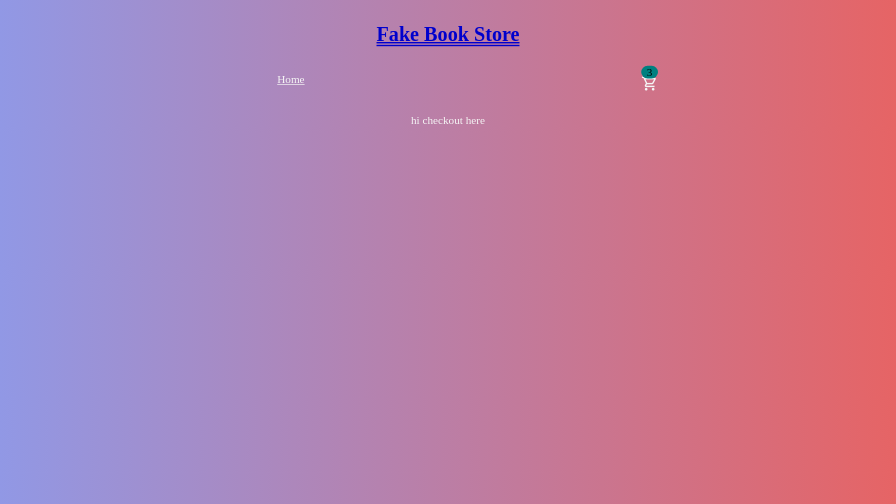
Repository: 0101chaitanya/shopping-cart
Page: /checkout
The author's editor kept a copy of each file at every save. The page is drawn from the files as they stood at one save, then again after the next save.
The browser window is 1280 px wide. The pictures show the part of the page from y = 0 to 1920 px (the page is 720 px tall before and 3511 px after), at 70% of full size.
Pictures or frames that could not be fetched are drawn as grey boxes. Some web libraries are served in a nearby version. The project was rebuilt for these pictures with package versions that can differ from the ones it lists, and the page was loaded fresh each time. Also part of the build but not shown: src/components/Book.js, src/components/Home.js.

Above is the page before, as saved 2021-08-08 15:11:45.

### public/index.html
<!DOCTYPE html>
<html lang="en">

  <head>
    <meta charset="utf-8" />
    <link rel="icon" href="%PUBLIC_URL%/favicon.ico" />
    <meta name="viewport" content="width=device-width, initial-scale=1" />
    <meta name="theme-color" content="#000000" />
    <meta name="description" content="Web site created using create-react-app" />
    <link rel="apple-touch-icon" href="%PUBLIC_URL%/logo192.png" />
    <!--
      manifest.json provides metadata used when your web app is installed on a
      user's mobile device or desktop. See https://developers.google.com/web/fundamentals/web-app-manifest/
    -->
    <link rel="manifest" href="%PUBLIC_URL%/manifest.json" />
    <!--
      Notice the use of %PUBLIC_URL% in the tags above.
      It will be replaced with the URL of the `public` folder during the build.
      Only files inside the `public` folder can be referenced from the HTML.

      Unlike "/favicon.ico" or "favicon.ico", "%PUBLIC_URL%/favicon.ico" will
      work correctly both with client-side routing and a non-root public URL.
      Learn how to configure a non-root public URL by running `npm run build`.
    -->
    <link rel="stylesheet" href="https://fonts.googleapis.com/icon?family=Material+Icons+Outlined" />
    <script src="https://kit.fontawesome.com/3dcaf9f6de.js" crossorigin="anonymous"></script>
    <title>React App</title>
  </head>

  <body>
    <noscript>You need to enable JavaScript to run this app.</noscript>
    <div id="root"></div>
    <!--
      This HTML file is a template.
      If you open it directly in the browser, you will see an empty page.

      You can add webfonts, meta tags, or analytics to this file.
      The build step will place the bundled scripts into the <body> tag.

      To begin the development, run `npm start` or `yarn start`.
      To create a production bundle, use `npm run build` or `yarn build`.
    -->
  </body>

</html>

### src/index.js
import React from "react";
import ReactDOM from "react-dom";
import App from "./App";
import reportWebVitals from "./reportWebVitals";
import { ContextWrapper } from "./components/Context";
ReactDOM.render(
  <React.StrictMode>
    <ContextWrapper>
      <App />
    </ContextWrapper>
  </React.StrictMode>,
  document.getElementById("root")
);

// If you want to start measuring performance in your app, pass a function
// to log results (for example: reportWebVitals(console.log))
// or send to an analytics endpoint. Learn more: https://bit.ly/CRA-vitals
reportWebVitals();

### src/App.js
import "./App.css";
import React from "react";
import { BrowserRouter as Router, Route, Switch } from "react-router-dom";
import Nav from "./components/Nav";
import Home from "./components/Home";
import Checkout from "./components/Checkout";

function App() {
  return (
    <Router>
      <div className="App">
        <Nav />

        <Switch>
          <Route path="/" exact component={Home} />
          <Route path="/checkout" exact component={Checkout} />
        </Switch>
      </div>
    </Router>
  );
}

export default App;

### src/components/Context.js
import React, { createContext, useEffect, useContext, useReducer } from "react";
import reducer from "./Reducer";
import data from "./Books.json";
const initialState = {
  cart: data,

  total: 0,
};

const myContext = createContext();

const ContextWrapper = ({ children }) => {
  const [state, dispatch] = useReducer(reducer, initialState);
  const togglePaper = ({ id, paper }) => {
    dispatch({ type: "TOGGLE_PAPER", payload: { id, paper } });
  };
  const toggleCheckout = ({ id, checkout }) => {
    dispatch({ type: "TOGGLE-CHECKOUT", payload: { id, checkout } });
  };

  useEffect(() => {
    computeTotal();
  }, [state.cart]);
  const computeTotal = () => {
    dispatch({ type: "COMPUTE-TOTAL" });
  };
  return (
    <myContext.Provider value={{ ...state, togglePaper, toggleCheckout }}>
      {children}
    </myContext.Provider>
  );
};
const useGlobalContext = () => {
  return useContext(myContext);
};

export { useGlobalContext, ContextWrapper };

### src/App.css
.App {
  text-align: center;
}
html,
body,
.App {
  display: flex;
  flex-direction: column;
  justify-content: center;
  align-items: center;
  width: 100vw;
  height: fit-content;
  color: whitesmoke;
  background: linear-gradient(to left, #e66465, #9198e5);
}
nav {
  width: 100vw;
  display: flex;
  flex-direction: column;
  justify-content: center;
  align-items: center;
}

nav > h1 {
  justify-content: center;
  color: mediumblue;
  text-align: center;
  font-size: 1.8rem;
  text-decoration: underline double;
}
nav > ul {
  grid-area: ul;
  display: flex;
  align-content: flex-start;
  width: 35rem;
  justify-content: space-between;
  list-style-type: none;
}
nav > ul > li:nth-child(1) {
  display: flex;
}
nav > ul > li:nth-child(1) > * {
  margin: 0 1rem;
}
a {
  color: whitesmoke;
}
input {
  font-size: 2rem;
}
form {
  display: flex;
  flex-direction: column;
  justify-content: flex-start;
  align-items: center;
  width: 12rem;
  height: 25rem;
  font-size: 0.8rem;
  padding: 0.5rem 0rem 0.5rem;
  background: rgb(132, 168, 96);
  border: solid 0.5rem rgb(156, 156, 30);
  border-radius: 1rem;
}
.bookShow {
  width: 80vh;
  justify-content: center;
  align-items: center;
  display: grid;
  grid-auto-flow: row;
  grid-template-columns: repeat(3, 1fr);
  grid-gap: 0.8rem;
}
img {
  width: 10rem;
  height: 15rem;
}
h3,
h4 {
  margin: 0 0.2rem;
}
button {
  background-color: blueviolet;
  border: none;
  border-radius: 0.5rem;
  padding: 0.3rem;
  margin: 0.1rem;
}
button:disabled {
  color: rgb(105, 93, 93);
  background-color: rgb(238, 101, 101);
}
.count {
  position: relative;
  top: -1rem;
  height: fit-content;
  display: flex;
  flex-direction: column-reverse;
  justify-content: center;
}
.count > span:nth-child(2) {
  position: relative;
  top: 0.3rem;
  color: black;
  background-color: teal;
  border-radius: 0.9rem;
}

### src/components/Nav.js
import React from "react";
import { Link } from "react-router-dom";
import { useGlobalContext } from "./Context";
const Nav = (props) => {
  const { total } = useGlobalContext();
  return (
    <nav>
      <h1>Fake Book Store</h1>
      <ul className="nav-links">
        <li>
          <Link className="links" to="/">
            <span>Home</span>
          </Link>
        </li>
        <li>
          <Link
            style={{ textDecoration: "none" }}
            className="links"
            to="/checkout"
          >
            <span className="count">
              <span className="material-icons-outlined">shopping_cart</span>
              <span> {total}</span>
            </span>
          </Link>
        </li>
      </ul>
    </nav>
  );
};
export default Nav;

### src/components/Checkout.js
import React from "react";
import { useGlobalContext } from "./Context";

const Checkout = () => {
  const { cart } = useGlobalContext();
  console.log(cart);
  const checkoutItems = cart.map((item) => {
    const { image, name, price, identifier, paper } = item;
    return (
      <div>
        <img src={image} alt={identifier} />
        <h3>{name}</h3>
        <h4>Price : ${price}</h4>
        <p>Paperback:{paper ? "Yes" : "No"}</p>
      </div>
    );
  });
  return <div className="confirm">hi checkout here</div>;
};
export default Checkout;

### src/components/Reducer.js
const reducer = (state, action) => {
  switch (action.type) {
    case "TOGGLE_PAPER":
      const cart_SET_PAPER = state.cart.map((item) => {
        if (item.id === action.payload.id) {
          return { ...item, paper: action.payload.paper };
        }
        return item;
      });
      return { ...state, cart: cart_SET_PAPER };

    case "TOGGLE-CHECKOUT":
      const cartModified = state.cart.map((item) => {
        if (item.id === action.payload.id) {
          console.log(action.payload.checkout, item.id, action.payload.id);
          return { ...item, checkout: action.payload.checkout };
        }
        return item;
      });
      return { ...state, cart: [...cartModified] };

    case "COMPUTE-TOTAL":
      let count = state.cart.filter((item) => {
        return item.checkout ? true : false;
      });
      return { ...state, total: count.length };
    default:
      throw new Error(`no matching action found for ${action.type}`);
  }
};
export default reducer;

### src/components/Books.json
[
  {
    "id": "book1",
    "name": "Anna Karenina",
    "image": "https://archive.org/services/img/ost-english-annakareninatols00tolsiala",
    "price": 399,
    "identifier": "ost-english-annakareninatols00tolsiala",
    "checkout": true,
    "paper": false
  },
  {
    "id": "book2",
    "name": "Madame Bovary : a study of provincial life",
    "image": "https://archive.org/services/img/madamebovarystud00flau",
    "price": 499,
    "identifier": "madamebovarystud00flau",
    "checkout": true,
    "paper": false
  },
  {
    "id": "book3",
    "name": "War and Peace",
    "image": "https://archive.org/services/img/warandpeace01dolegoog",
    "checkout": false,
    "paper": false,

    "price": 1299,
    "identifier": "warandpeace01dolegoog"
  },
  {
    "id": "book4",
    "name": "The Great Gatsby",
    "image": "https://archive.org/services/img/the-great-gatsby_1922",
    "checkout": true,
    "paper": true,

    "price": 799,
    "identifier": "the-great-gatsby_1922"
  },
  {
    "id": "book5",
    "name": "Middlemarch",
    "image": "https://archive.org/services/img/middlemarchastu07eliogoog",
    "checkout": false,
    "paper": false,

    "price": 150,
    "identifier": "middlemarchastu07eliogoog"
  },
  {
    "id": "book6",
    "name": "The Adventures of Huckleberry Finn",
    "image": "https://archive.org/services/img/adventureshuckle00twaiiala",
    "checkout": false,
    "paper": false,

    "price": 249,
    "identifier": "adventureshuckle00twaiiala"
  },
  {
    "id": "book7",
    "name": "The Stories of Anton Chekhov",
    "image": "https://archive.org/services/img/in.ernet.dli.2015.507759",
    "checkout": false,
    "paper": false,

    "price": 550,
    "identifier": "in.ernet.dli.2015.507759"
  },
  {
    "id": "book8",
    "name": "In Search of Lost Time",
    "image": "https://archive.org/services/img/InSearchOfLostTimeCompleteVolumes",

    "checkout": false,
    "paper": false,
    "price": 1199,
    "identifier": "InSearchOfLostTimeCompleteVolumes"
  },
  {
    "id": "book9",
    "name": "Hamlet",
    "image": "https://archive.org/services/img/shakespeareshaml01shak",
    "checkout": false,
    "paper": false,

    "price": 1500,
    "identifier": "shakespeareshaml01shak"
  },
  {
    "id": "book10",
    "name": "Moby Dick",
    "image": "https://archive.org/services/img/mobydickorwhale01melvuoft",
    "checkout": false,
    "paper": false,

    "price": 699,
    "identifier": "mobydickorwhale01melvuoft"
  }
]

Loaded but not shown: src/reportWebVitals.js (common file)

After the next save:
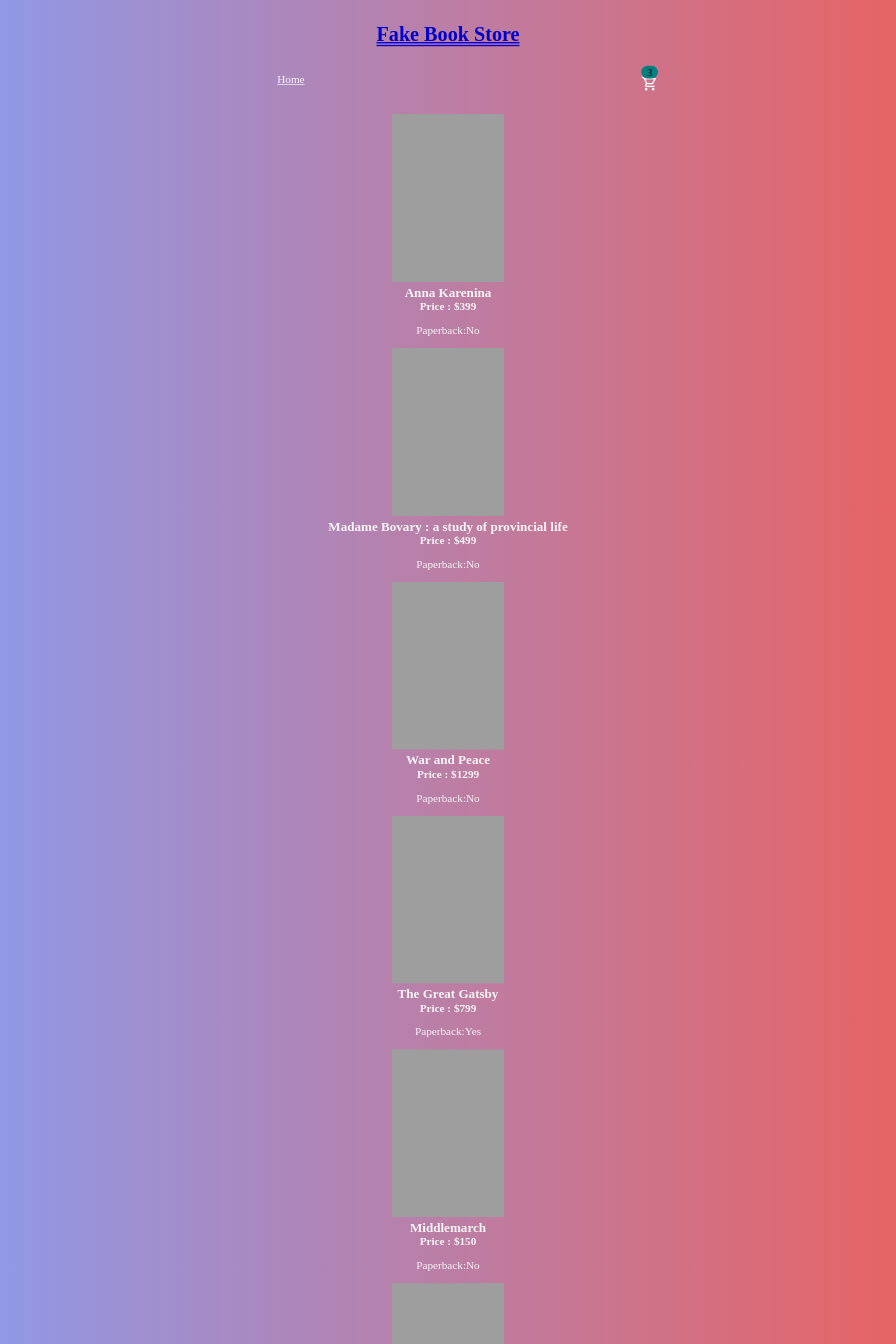
Saved 31 s later.
--- a/src/components/Checkout.js
+++ b/src/components/Checkout.js
@@ -15,6 +15,6 @@ const Checkout = () => {
       </div>
     );
   });
-  return <div className="confirm">hi checkout here</div>;
+  return <div className="confirm">{checkoutItems}</div>;
 };
 export default Checkout;
